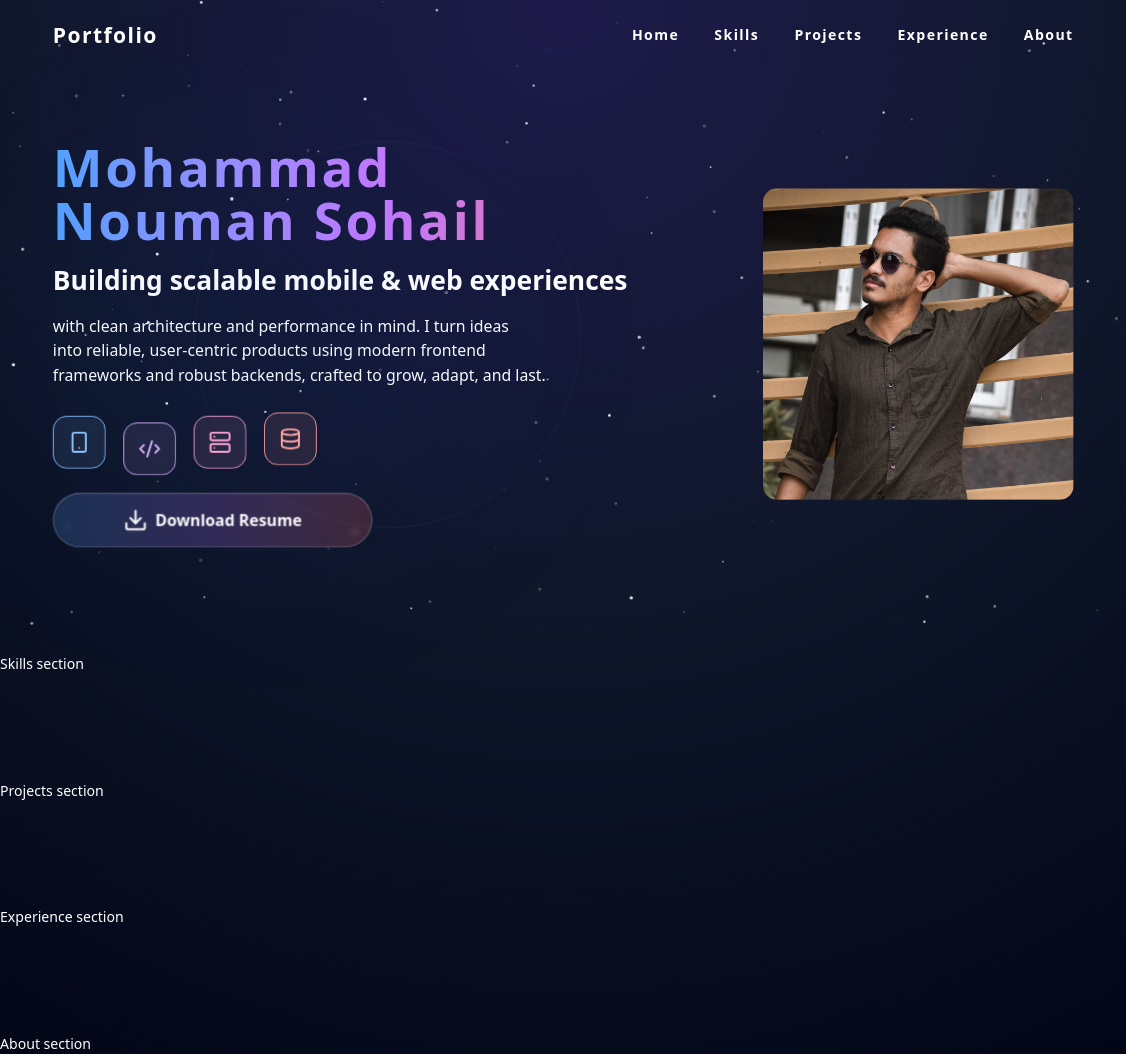
Repository: NoumanSohail/Nouman-Sohail-Portfolio
Page: /
These files come from the project's save history. The page is drawn as it stood at one moment and after the next save; the edit follows.
The browser window is 1280 px wide. The pictures show the whole page, at 88% of full size.
The project was rebuilt for these pictures with package versions that can differ from the ones it lists, and the page was loaded fresh each time. The framework's server and built-in components were replaced by stand-ins that run in the browser. Also part of the build but not shown: next.config.ts.

Above is the page before, as saved 2026-01-24 22:11:26.

After the next save:
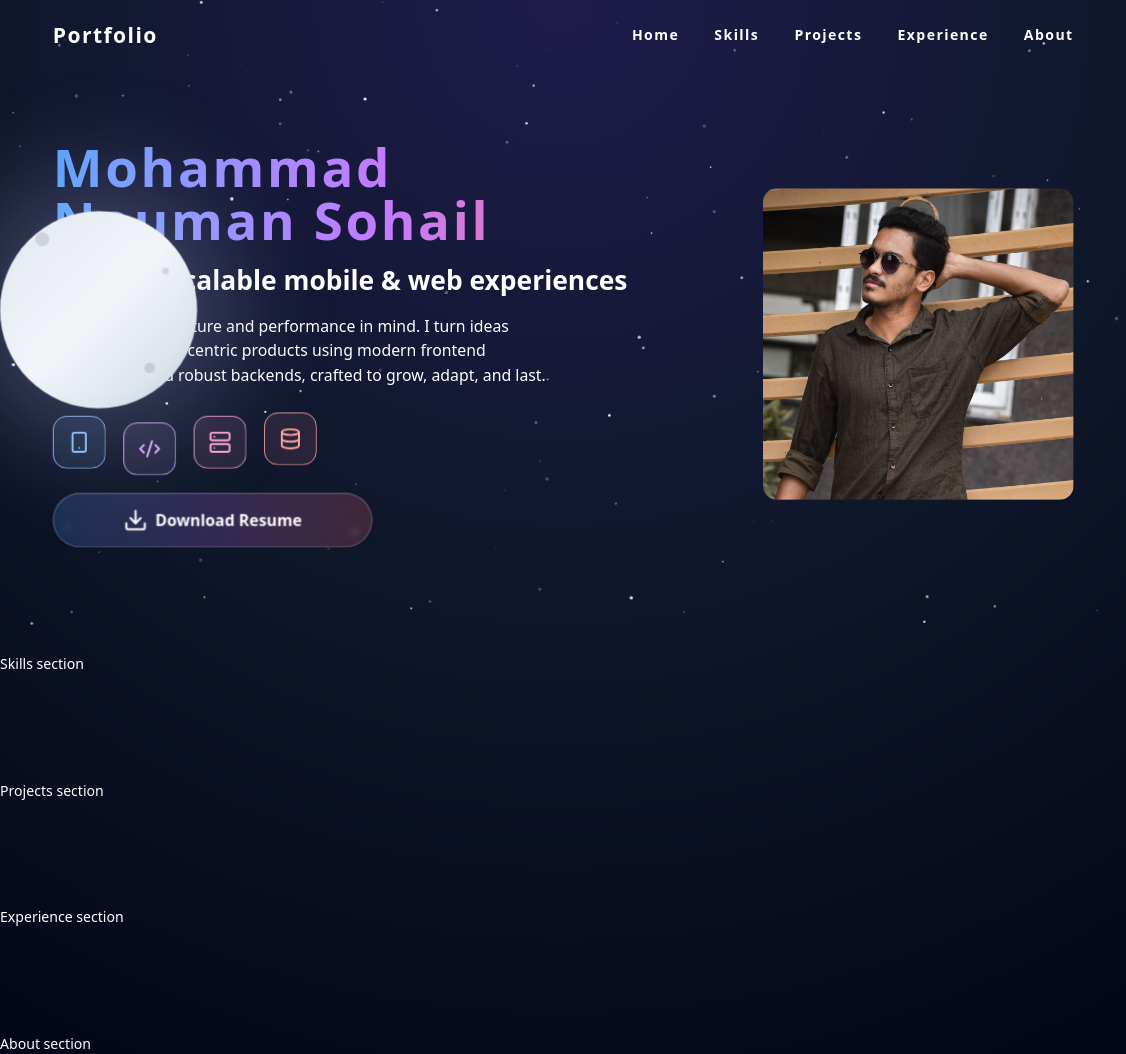
Saved 4 min 25 s later.
--- a/app/components/sections/Hero.tsx
+++ b/app/components/sections/Hero.tsx
@@ -13,19 +13,24 @@ const Hero = () => {
       id="home"
       className="scroll-mt-40 w-full mx-auto max-w-384 px-5 md:px-10 lg:px-15 text-white mt-30 xl:mt-40 overflow-hidden"
     >
-      {/* Central Glowing Orb */}
+      {/* 🌙 Glowing Moon */}
       <div
-        className="absolute pointer-events-none hidden lg:block lg:left-55 xl:left-0
-                   w-[45%] h-[45%] bg-blue-700/50 rounded-full blur-[120px] opacity-10
-                   animate-pulse [animation-delay:2000ms] z-0"
-      />
-
-      {/* Orbiting Elements */}
-      <div
-        className="absolute pointer-events-none hidden lg:block left-55
-                   w-110 h-110 border border-white/5 rounded-full
-                   animate-spin [animation-duration:20s] z-10"
-      />
+        className="absolute pointer-events-none hidden lg:block
+             lg:left-55 xl:left-0 top-20
+             w-44 h-44 xl:w-56 xl:h-56
+             rounded-full
+             bg-gradient-to-br from-slate-200 via-slate-100 to-slate-300
+             shadow-[0_0_120px_40px_rgba(200,200,255,0.25)]
+             animate-pulse
+             [animation-duration:4s]
+             z-0"
+      >
+        {/* Moon texture */}
+        <div className="absolute inset-2 rounded-full bg-white/10 blur-sm" />
+        <div className="absolute top-6 left-10 w-4 h-4 rounded-full bg-black/10" />
+        <div className="absolute bottom-10 right-12 w-3 h-3 rounded-full bg-black/10" />
+        <div className="absolute top-16 right-8 w-2 h-2 rounded-full bg-black/10" />
+      </div>
 
       <div className="flex flex-col lg:flex-row items-center justify-center gap-7 lg:gap-20 text-center lg:text-start">
         <div className="flex flex-col gap-5">
